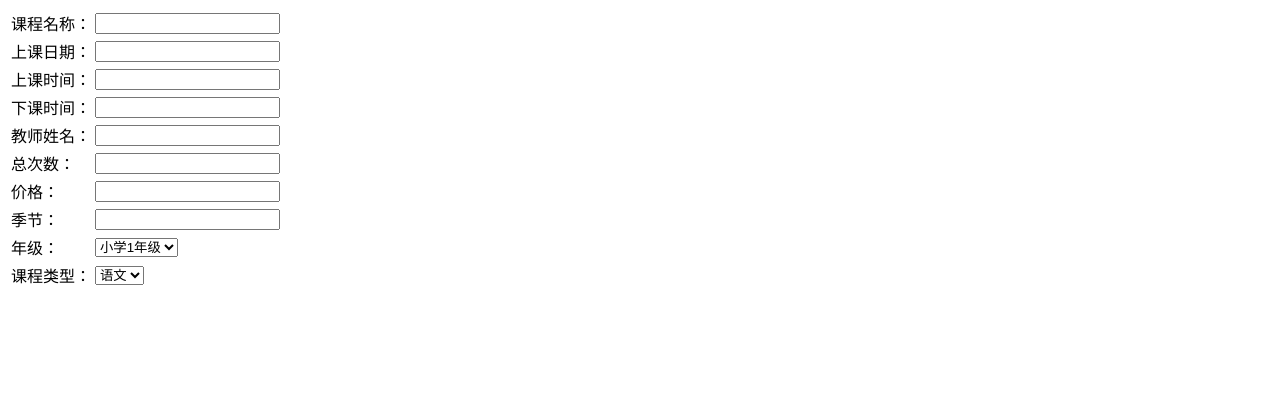
Repository: arkulo56/codeLibrary
Page: http://localhost/firstWeb/addCourse.jsp
The author's editor kept a copy of each file at every save. The page is drawn from the files as they stood at one save, then again after the next save.
The browser window is 1280 px wide. The pictures show the whole page.
The page is served by Tomcat 9.

Above is the page before, as saved 2016-04-21 08:28:06.

After the next save:
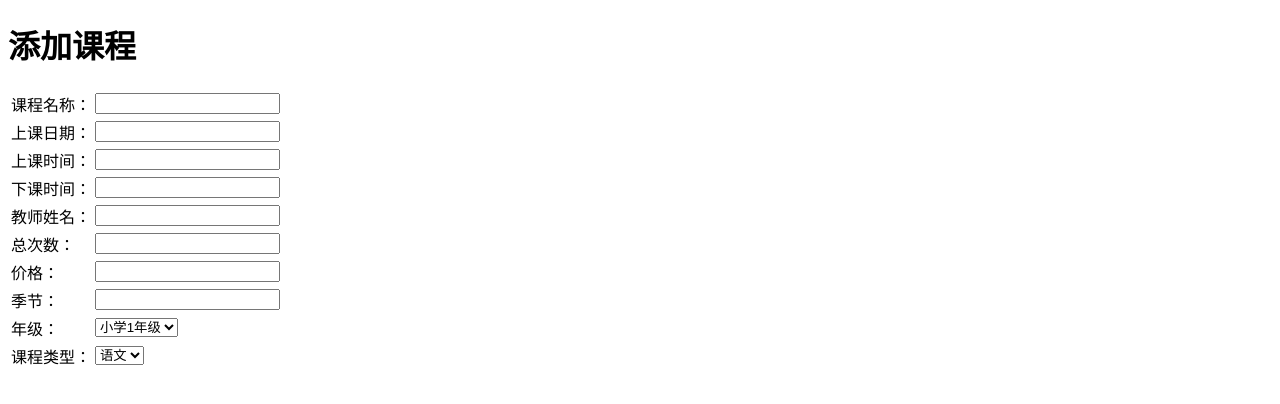
Saved 47 s later.
--- a/java/firstWeb/WebContent/addCourse.jsp
+++ b/java/firstWeb/WebContent/addCourse.jsp
@@ -9,6 +9,7 @@
 <title>Insert title here</title>
 </head>
 <body>
+<h1>添加课程</h1>
 <form action="addDeal.jsp" method="post">
 <table>
 <tr>
